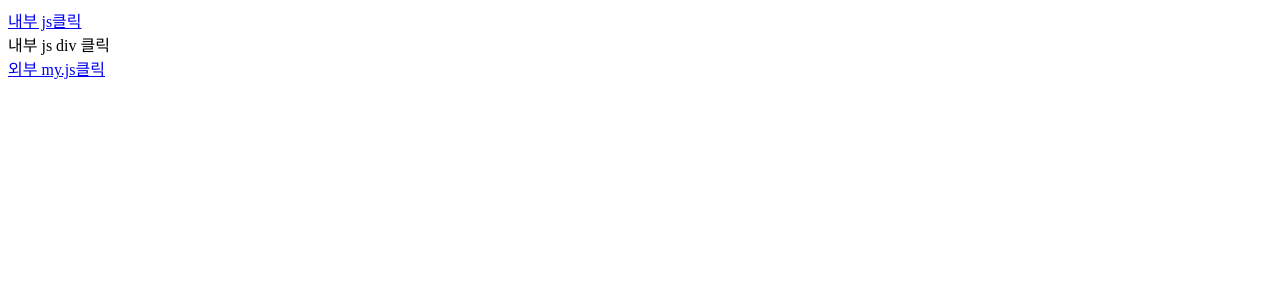
Repository: wonsungjin/Kosta
Page: http://localhost/web_prj/lec_script.jsp
An editor plug-in stored every save of this project. The page is shown before and after the next save, followed by the edit.
The browser window is 1280 px wide. The pictures show the whole page.
The page is served by Tomcat 9. Other server files are loaded and not shown.

Above is the page before, as saved 2024-05-24 03:40:25.

### web_prj/src/main/webapp/lec_script.jsp
<%@ page language="java" contentType="text/html; charset=UTF-8"
    pageEncoding="UTF-8"%>
<!DOCTYPE html>
<html>
<head>
<meta charset ="UTF-8">
<title>Insert title here</title>
<script src="https://code.jquery.com/jquery-3.7.1.js"></script>
	<script>
	function myprint(a,b){
		alert(a+b);
		console.log(a+b);
	}
	</script>
</head>
<body>
<a href ="#" onClick = "myprint(5,3)">내부 js클릭</a><br>
<div onClick = "myprint(5,3)">내부 js div 클릭 </div>
<a href ="#" onClick = "myjsprint(5,3)">외부 my.js클릭</a><br>

</body>
</html>

### web_prj/src/main/webapp/js/scripts.js
/*!
    * Start Bootstrap - SB Admin v7.0.7 (https://startbootstrap.com/template/sb-admin)
    * Copyright 2013-2023 Start Bootstrap
    * Licensed under MIT (https://github.com/StartBootstrap/startbootstrap-sb-admin/blob/master/LICENSE)
    */
    //
// Scripts
//

window.addEventListener('DOMContentLoaded', event => {

    // Toggle the side navigation
    const sidebarToggle = document.body.querySelector('#sidebarToggle');
    if (sidebarToggle) {
        // Uncomment Below to persist sidebar toggle between refreshes
        // if (localStorage.getItem('sb|sidebar-toggle') === 'true') {
        //     document.body.classList.toggle('sb-sidenav-toggled');
        // }
        sidebarToggle.addEventListener('click', event => {
            event.preventDefault();
            document.body.classList.toggle('sb-sidenav-toggled');
            localStorage.setItem('sb|sidebar-toggle', document.body.classList.contains('sb-sidenav-toggled'));
        });
    }

});

After the next save:
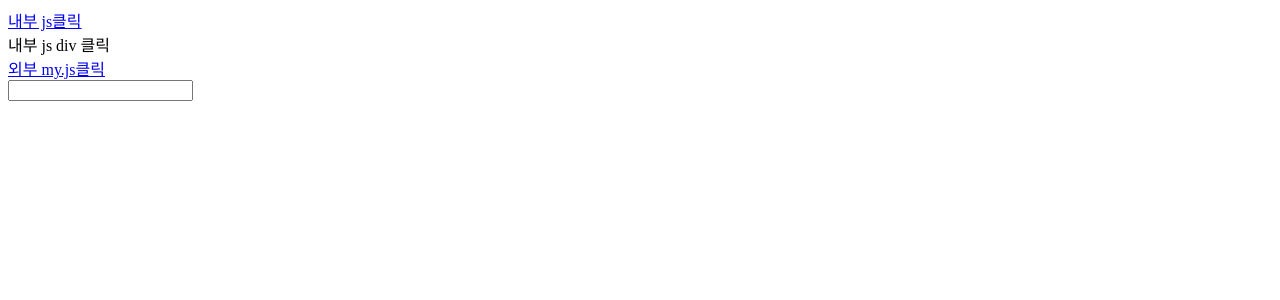
Saved 5 min 42 s later.
--- a/web_prj/src/main/webapp/lec_script.jsp
+++ b/web_prj/src/main/webapp/lec_script.jsp
@@ -6,6 +6,7 @@
 <meta charset ="UTF-8">
 <title>Insert title here</title>
 <script src="https://code.jquery.com/jquery-3.7.1.js"></script>
+<script src="js/scripts.js"></script>
 	<script>
 	function myprint(a,b){
 		alert(a+b);
@@ -17,6 +18,11 @@
 <a href ="#" onClick = "myprint(5,3)">내부 js클릭</a><br>
 <div onClick = "myprint(5,3)">내부 js div 클릭 </div>
 <a href ="#" onClick = "myjsprint(5,3)">외부 my.js클릭</a><br>
+<form name ="loginForm">
+<input type ="hidden" name="seq">
+<input type ="text" name="uname">
+
+</form>
 
 </body>
 </html>
